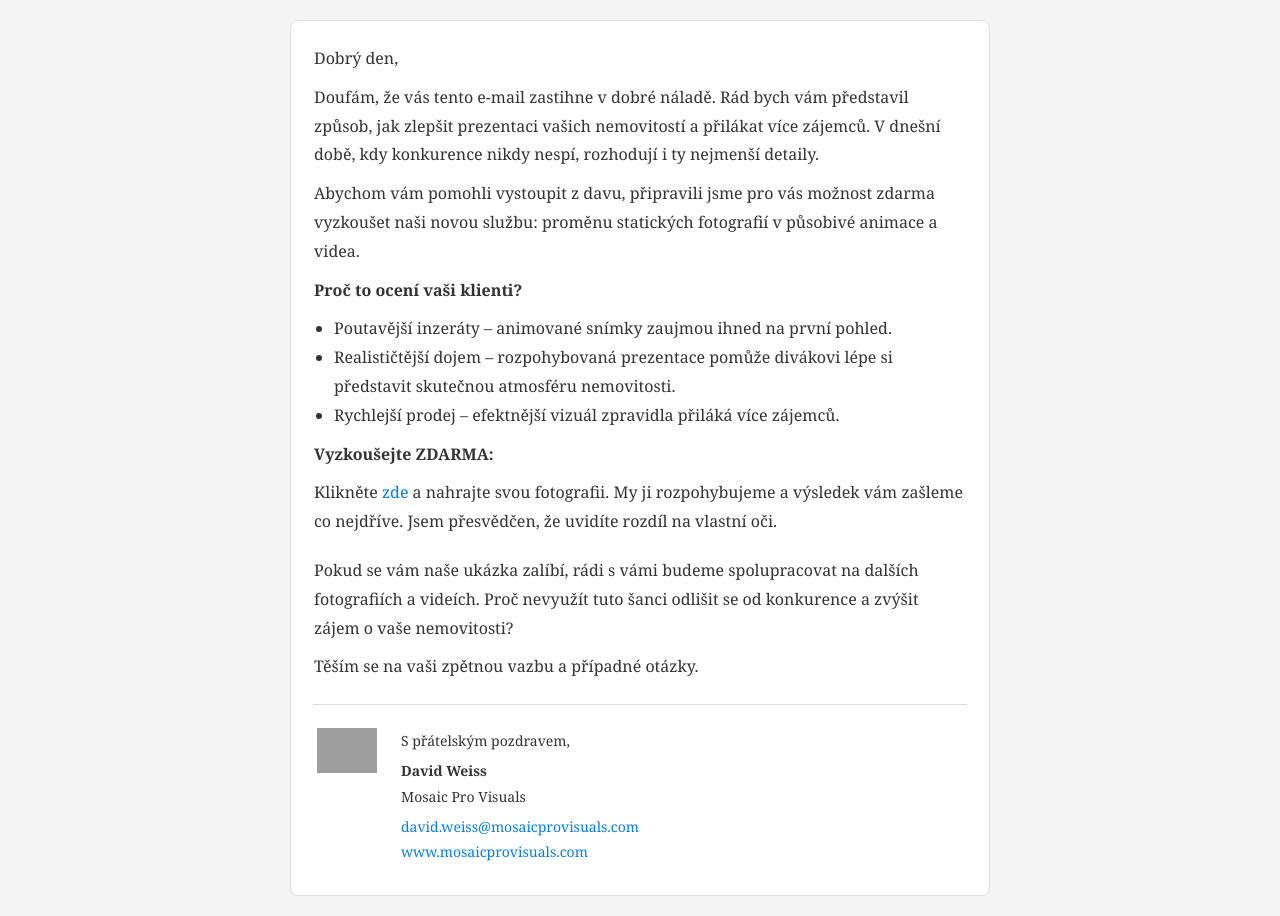
Repository: Guksan/email-bot
Page: david-template.html
The author's editor kept a copy of each file at every save. The page is drawn from the files as they stood at one save, then again after the next save.
The browser window is 1280 px wide. The pictures show the whole page.
Pictures or frames that could not be fetched are drawn as grey boxes.

Above is the page before, as saved 2025-01-17 16:16:18.

After the next save:
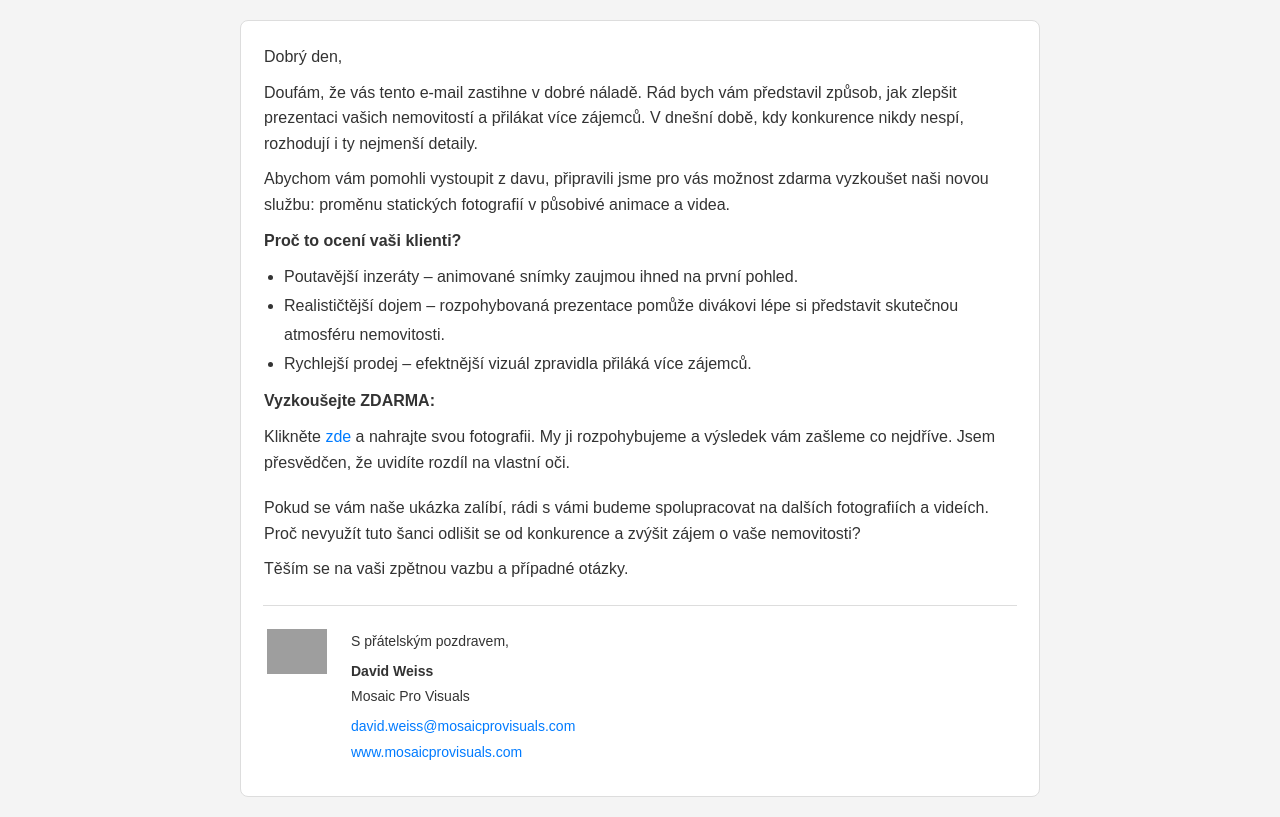
Saved 6 min 28 s later.
--- a/david-template.html
+++ b/david-template.html
@@ -5,8 +5,8 @@
     <meta name="viewport" content="width=device-width, initial-scale=1.0">
     <title>Oživte své nabídky nemovitostí animací – první ukázku máte od nás ZDARMA</title>
 </head>
-<body style="font-family: 'Georgia', serif; line-height: 1.8; color: #333; margin: 0; padding: 0; background-color: #f4f4f4;">
-    <table align="center" width="700" style="background-color: #ffffff; margin: 20px auto; padding: 20px; border: 1px solid #ddd; border-radius: 8px;">
+<body style="font-family: Arial, sans-serif; line-height: 1.6; color: #333; margin: 0; padding: 0; background-color: #f4f4f4;">
+    <table align="center" width="800" style="background-color: #ffffff; margin: 20px auto; padding: 20px; border: 1px solid #ddd; border-radius: 8px;">
         <tr>
             <td>
                 <p style="font-size: 16px; margin: 0 0 10px;">Dobrý den,</p>
@@ -28,7 +28,7 @@
                     <strong>Vyzkoušejte ZDARMA:</strong>
                 </p>
                 <p style="font-size: 16px; margin: 0 0 20px;">
-                    Klikněte <a href="https://mosaicprovisuals.com/upload" style="color: #007BFF; text-decoration: none;">zde</a> a nahrajte svou fotografii.
+                    Klikněte <a href="https://mosaicprovisuals.com" style="color: #007BFF; text-decoration: none;">zde</a> a nahrajte svou fotografii.
                     My ji rozpohybujeme a výsledek vám zašleme co nejdříve. Jsem přesvědčen, že uvidíte rozdíl na vlastní oči.
                 </p>
                 <p style="font-size: 16px; margin: 0 0 10px;">
